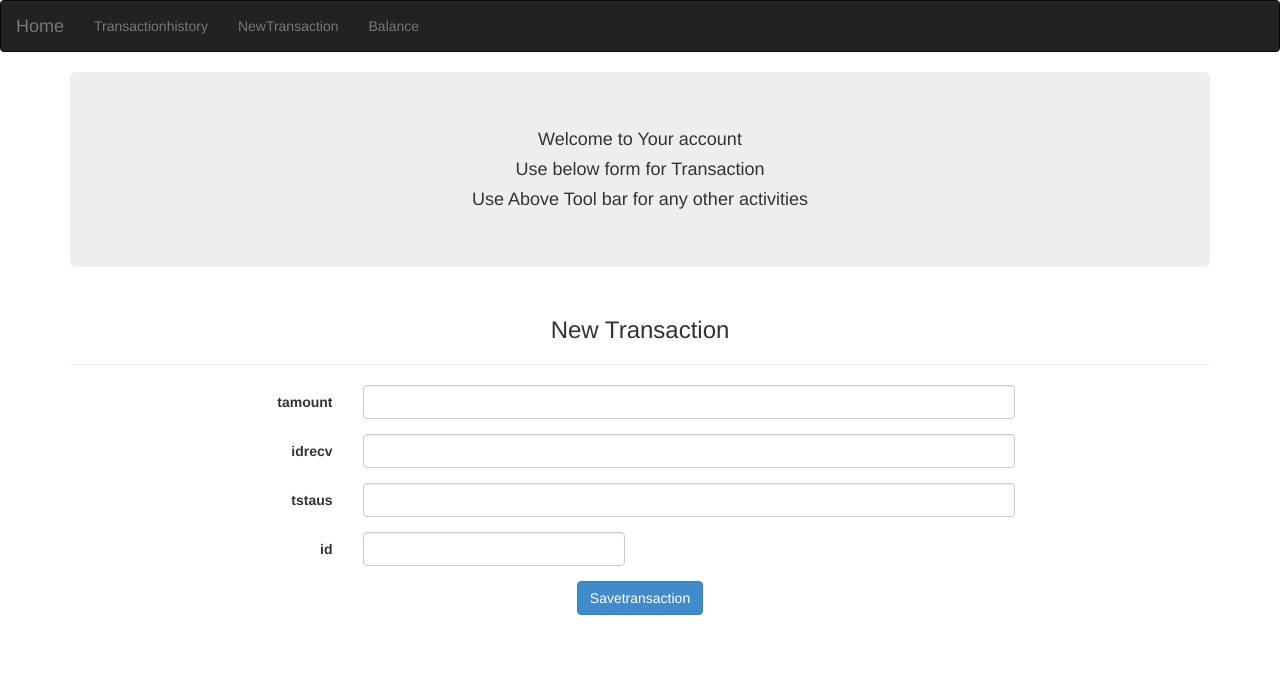
Repository: balajisaiveer/first
Page: http://localhost/Myapplication/WEB-INF/view/homepage.jsp
The author's editor kept a copy of each file at every save. The page is drawn from the files as they stood at one save, then again after the next save.
The browser window is 1280 px wide. The pictures show the whole page.
The page is served by Tomcat 9. Nobody is signed in. Other server files are loaded and not shown. The template is opened directly, without the code that normally fills it, so the values that code supplies are empty.

Above is the page before, as saved 2018-07-10 11:31:08.

### workspace-sts-3.9.5.RELEASE/Myapplication/src/main/webapp/WEB-INF/view/homepage.jsp
<!DOCTYPE html >
<%@taglib uri="http://java.sun.com/jsp/jstl/core" prefix="d"%>
<html>
<head>
<meta charset="utf-8">
<meta http-equiv="X-UA-Compatible" content="IE=edge">
<meta http-equiv="Pragma" content="no-cache">
<meta http-equiv="Cache-Control" content="no-cache">
<meta http-equiv="Expires" content="sat, 01 Dec 2001 00:00:00 GMT">
<title>Bank Application | home</title>
<link href="static/css/bootstrap.min.css" rel="stylesheet">
<link href="static/css/style.css" rel="stylesheet">
<!--[if lt IE 9]>
      <script src="https://oss.maxcdn.com/html5shiv/3.7.3/html5shiv.min.js"></script>
      <script src="https://oss.maxcdn.com/respond/1.4.2/respond.min.js"></script>
    <![endif]-->

</head>
<body>
	<div role="navigation">
		<div class="navbar navbar-inverse">
			<a href="/welcome" class="navbar-brand">Home</a>
			<div class="navbar-collapse collapse">
				<ul class="nav navbar-nav">
					<li><a href="/transactionhistory">Transactionhistory</a></li>
					<li><a href="/login-user/newtransaction">NewTransaction</a></li>
					<li><a href="/balance">Balance</a></li>
				</ul>
			</div>
		</div>
	</div>
	<div class="container" id="homediv">
		<div class="jumbotron text-center">
		<h4>Welcome to Your account</h4>
		<h4>Use below form for Transaction</h4>
		<h4>Use Above Tool bar for any other activities</h4>
		</div>
	</div>
	<div class="container text-center">
		<h3>New Transaction</h3>
		<hr>
		<form class="form-horizontal" method="POST" action="login-user/save-transaction">
		<input type="hidden" name="id" value="${transaction.tid }" />
		<div class="form-group">
		<label class="control-label col-md-3">tamount</label>
		<div class="col-md-7">
			<input type="text" class="form-control" name="tamount" value="${transaction.tamount }" />
		</div>
	</div>
	<div class="form-group">
		<label class="control-label col-md-3">idrecv</label>
		<div class="col-md-7">
		<input type="text" class="form-control" name="idrecv" value="${transaction.idrecv }" />
		</div>
	</div>
	<div class="form-group">
		<label class="control-label col-md-3">tstaus</label>
		<div class="col-md-7">
		<input type="text" class="form-control" name="tstaus" value="${transaction.tstaus }" />
		</div>
	</div>
	<div class="form-group">
		<label class="control-label col-md-3">id</label>
		<div class="col-md-3">
		<input type="text" class="form-control" name="id" value="${transaction.id }" />
		</div>
	</div>
	<div class="form-group ">
		<input type="submit" class="btn btn-primary" value="Savetransaction" />
		</div>
		</form>
	</div>

	<!-- Optional JavaScript -->
	<!-- jQuery first, then Popper.js, then Bootstrap JS -->
	<script src="static/js/jquery-1.11.1.min.js"></script>
	<script src="static/js/bootstrap.min.js"></script>
</body>
</html>

Loaded but not shown: workspace-sts-3.9.5.RELEASE/Myapplication/src/main/webapp/static/css/bootstrap.min.css (library); workspace-sts-3.9.5.RELEASE/Myapplication/src/main/webapp/static/css/style.css (common file); workspace-sts-3.9.5.RELEASE/Myapplication/src/main/webapp/static/js/jquery-1.11.1.min.js (library); workspace-sts-3.9.5.RELEASE/Myapplication/src/main/webapp/static/js/bootstrap.min.js (library)

After the next save:
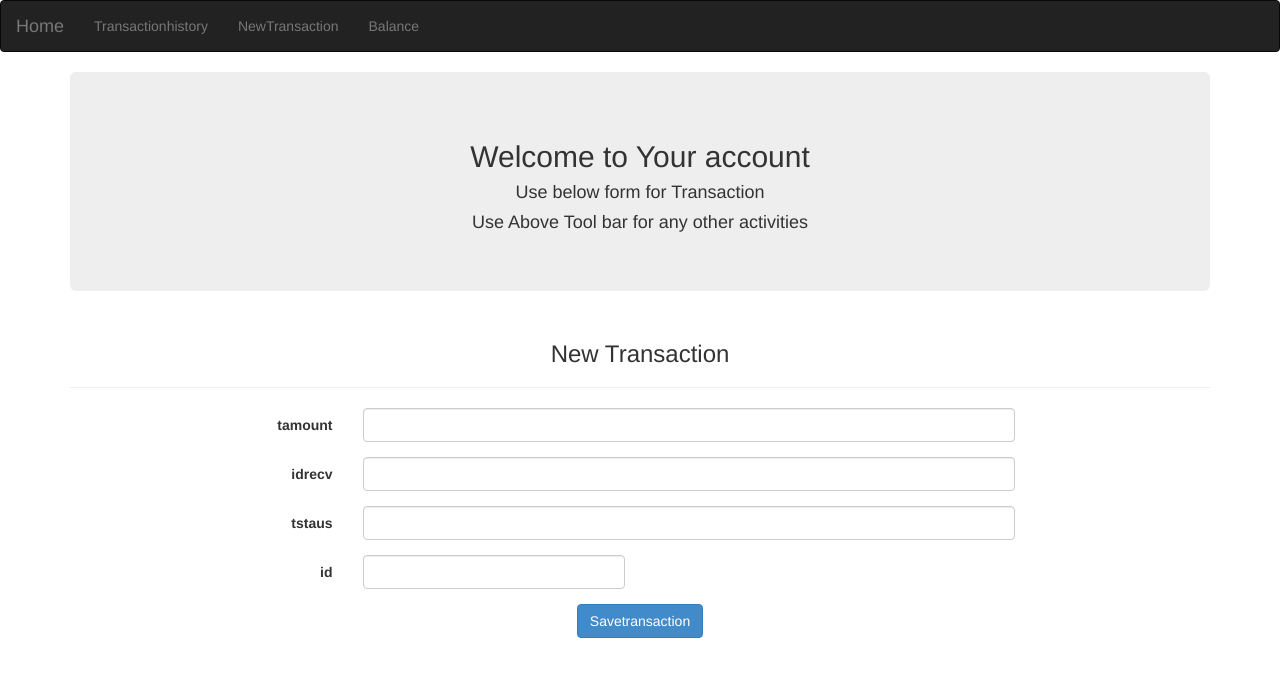
Saved 12 s later.
--- a/workspace-sts-3.9.5.RELEASE/Myapplication/src/main/webapp/WEB-INF/view/homepage.jsp
+++ b/workspace-sts-3.9.5.RELEASE/Myapplication/src/main/webapp/WEB-INF/view/homepage.jsp
@@ -31,7 +31,7 @@
 	</div>
 	<div class="container" id="homediv">
 		<div class="jumbotron text-center">
-		<h4>Welcome to Your account</h4>
+		<h2>Welcome to Your account</h2>
 		<h4>Use below form for Transaction</h4>
 		<h4>Use Above Tool bar for any other activities</h4>
 		</div>
